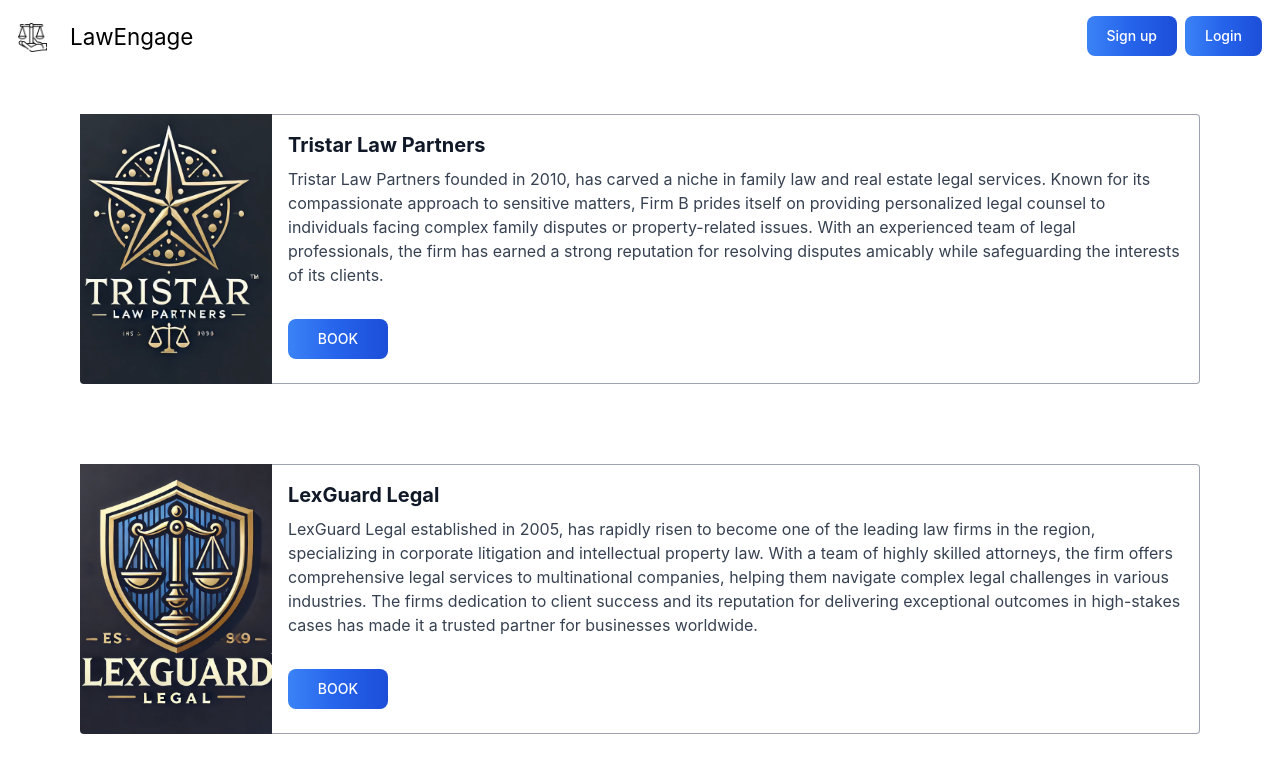
Repository: khushijain8/Lawyer-appointment-application
Page: /book (app in frontend/)
The author's editor kept a copy of each file at every save. The page is drawn from the files as they stood at one save, then again after the next save.
The browser window is 1280 px wide. The pictures show the whole page.
The project was rebuilt for these pictures with package versions that can differ from the ones it lists, and the page was loaded fresh each time. Also part of the build but not shown: frontend/src/App.css, frontend/src/components/Signup/Signup.css, frontend/src/components/Signup/Signup.jsx, frontend/src/components/Login/Login.css, frontend/src/components/Login/Login.jsx, frontend/src/components/LawyerHistoryContainer/LawyerHistoryContainer.css, frontend/src/components/LawyerHistoryContainer/LawyerHistoryContainer.jsx, frontend/src/components/Admin/Admin.jsx and 5 more.

Above is the page before, as saved 2025-01-26 19:22:34.

### frontend/src/index.js
import React from 'react';
import ReactDOM from 'react-dom/client';
import './index.css';
import App from './App';
import reportWebVitals from './reportWebVitals';
import {BrowserRouter} from 'react-router-dom';
import {Provider} from 'react-redux';
import {store} from './redux/store';
const root = ReactDOM.createRoot(document.getElementById('root'));
root.render(
  <React.StrictMode>
    <Provider store={store}>
     <BrowserRouter>
      <App />
    </BrowserRouter>
    </Provider>
  </React.StrictMode>
);

// If you want to start measuring performance in your app, pass a function
// to log results (for example: reportWebVitals(console.log))
// or send to an analytics endpoint. Learn more: https://bit.ly/CRA-vitals
reportWebVitals();

### frontend/src/App.js
import './App.css';

import {Route,Routes} from 'react-router-dom';
import Signup from './components/Signup/Signup';
import {Login} from './components/Login/Login';
import Navbar from './components/Navbar/Navbar';
import Book from './components/Book/Book';
import Admin from './components/Admin/Admin';
import FrontPage from './components/FrontPage/FrontPage';
import Firm from './components/Firms/Firm';
import LawyerHistoryContainer from './components/LawyerHistoryContainer/LawyerHistoryContainer';

function App() {
  return (
    <>
      <Navbar></Navbar>
      <Routes>
        <Route path='/signup' element={<Signup/>}/>
        <Route path='/login' element={<Login/>}/>
        <Route path='/book' element={<Book/>}/>
        <Route path='/' element={<FrontPage/>}/>
        <Route path='/admin' element={<Admin/>}/>
        <Route path='/firm' element={<Firm/>}/>
        <Route path='/admin/firm' element={<LawyerHistoryContainer/>}/>
      </Routes>

    </>
  );
}

export default App;

### frontend/src/redux/store.js
import {configureStore} from '@reduxjs/toolkit'
import LawyerReducer from './Lawyer/lawyerSlice'

export const store=configureStore({
    reducer:{
        lawyer:LawyerReducer
    },
})

### frontend/src/components/Navbar/Navbar.jsx
import React from 'react'
import lawlogo from '../../assets/law.png';
import './Navbar.css';
import {useNavigate} from 'react-router-dom';
function Navbar() {
    const navigate=useNavigate()
  return (
    <>
        <div className='navbar flex-col sm:flex-row '>
            <div className="left-nav">
                <img className = "logo px-2 py-2" src={lawlogo} alt="logo"></img>
                <span className="heading">LawEngage</span>
            </div>
            <div className='right-nav flex justify-center items-center md:order-2'>
                <button class="text-white bg-gradient-to-r from-blue-500 via-blue-600 to-blue-700 hover:bg-gradient-to-br focus:ring-4 focus:outline-none focus:ring-blue-300 dark:focus:ring-blue-800 font-medium rounded-lg text-sm px-5 py-2.5 text-center me-2 mb-2"onClick={()=>navigate('/signup')}>Sign up</button>
                <button class="text-white bg-gradient-to-r from-blue-500 via-blue-600 to-blue-700 hover:bg-gradient-to-br focus:ring-4 focus:outline-none focus:ring-blue-300 dark:focus:ring-blue-800 font-medium rounded-lg text-sm px-5 py-2.5 text-center me-2 mb-2" onClick={()=>navigate('/login')}>Login</button>
            </div>
        </div>

    </>
  )
}

export default Navbar

### frontend/src/components/Book/Book.jsx
import React from 'react'
import { useNavigate } from 'react-router-dom'
import { useDispatch } from 'react-redux';
import { setFirm } from '../../redux/Lawyer/lawyerSlice';
import lexguard from '../../assets/lexguard.png';
import tristar from '../../assets/tristar.png';
import './Book.css';
function Book() {
  const navigate=useNavigate();
  const dispatch=useDispatch();
  const handleClick=(firm)=>{
    dispatch(setFirm(firm));
    navigate('/firm');
  }
  return (
    <>
    <div className='root-div mx-10 ' >
      <div className="w-full lg:max-w-full lg:flex p-10">
        <div className="h-48 lg:h-auto lg:w-48 flex-none bg-cover rounded-t lg:rounded-t-none lg:rounded-l text-center overflow-hidden" style={{ backgroundImage: `url(${tristar})`, backgroundSize: 'cover', backgroundPosition: 'center' }}>
        </div>
        <div className="border-r border-b border-l border-gray-400 lg:border-l-0 lg:border-t lg:border-gray-400 bg-white rounded-b lg:rounded-b-none lg:rounded-r p-4 flex flex-col justify-between leading-normal">
          <div className="mb-8">
            <div className="text-gray-900 font-bold text-xl mb-2">Tristar Law Partners</div>
            <p className="text-gray-700 text-base"> Tristar Law Partners founded in 2010, has carved a niche in family law and real estate legal services. Known for its compassionate approach to sensitive matters, Firm B prides itself on providing personalized legal counsel to individuals facing complex family disputes or property-related issues. With an experienced team of legal professionals, the firm has earned a strong reputation for resolving disputes amicably while safeguarding the interests of its clients.</p>
          </div>
          <button className="book-but text-white bg-gradient-to-r from-blue-500 via-blue-600 to-blue-700 hover:bg-gradient-to-br focus:ring-4 focus:outline-none focus:ring-blue-300 dark:focus:ring-blue-800 font-medium rounded-lg text-sm px-5 py-2.5 text-center me-2 mb-2" onClick={()=>handleClick('firm1')}>BOOK</button>
        </div>
      </div>

      <div className=" w-full lg:max-w-full lg:flex p-10">
        <div className="h-48 lg:h-auto lg:w-48 flex-none bg-cover rounded-t lg:rounded-t-none lg:rounded-l text-center overflow-hidden" style={{ backgroundImage: `url(${lexguard})`, backgroundSize: 'cover', backgroundPosition: 'center' }}>
        </div>
        <div className="border-r border-b border-l border-gray-400 lg:border-l-0 lg:border-t lg:border-gray-400 bg-white rounded-b lg:rounded-b-none lg:rounded-r p-4 flex flex-col justify-between leading-normal">
          <div className="mb-8">

            <div className="text-gray-900 font-bold text-xl mb-2">LexGuard Legal</div>
            <p className="text-gray-700 text-base">LexGuard Legal established in 2005, has rapidly risen to become one of the leading law firms in the region, specializing in corporate litigation and intellectual property law. With a team of highly skilled attorneys, the firm offers comprehensive legal services to multinational companies, helping them navigate complex legal challenges in various industries. The firms dedication to client success and its reputation for delivering exceptional outcomes in high-stakes cases has made it a trusted partner for businesses worldwide.</p>
          </div>
            <button className="book-but text-white bg-gradient-to-r from-blue-500 via-blue-600 to-blue-700 hover:bg-gradient-to-br focus:ring-4 focus:outline-none focus:ring-blue-300 dark:focus:ring-blue-800 font-medium rounded-lg text-sm px-5 py-2.5 text-center me-2 mb-2" onClick={()=>handleClick('firm2')}>BOOK</button>

        </div>

      </div>
    </div>
    </>
  )
}

export default Book

### frontend/src/redux/Lawyer/lawyerSlice.js
import { createAsyncThunk,createSlice} from "@reduxjs/toolkit"
import axios from 'axios';
const initialState={
    loading:false,
    lawyers:[],
    error:'',
    selectedSlot: {
        lawyerId: null,
        slotIndex: null,
    },
    firm:null,
}

export const fetchLawyers=createAsyncThunk('Lawyer/fetchLawyers',async (_, { getState })=>{
    const { firm } = getState().lawyer;
    return axios
    .get(`http://localhost:8080/lawyers/${firm}`)
        .then((response) => {
            console.log("API Response:", response.data);
            return response.data;
        })
        .catch((error) => {
            console.log("API Error:", error);
            throw error;
        });
})

export const bookSlot = createAsyncThunk("Lawyer/bookSlot", async (_, { getState, rejectWithValue }) => {
    const { firm } = getState().lawyer;
    const {selectedSlot}=getState().lawyer;
    const {lawyerId,slotIndex}=selectedSlot;
    if (!lawyerId || slotIndex === null) {
        return rejectWithValue("Invalid slot or lawyerId");
    }
    try {
      const response = await axios.post(`http://localhost:8080/bookSlot/${firm}`, {
        lawyerId,
        slotIndex,
      });

      console.log("Slot booked successfully:", response.data);
      return { lawyerId, slotIndex };
    } catch (error) {
        console.log(lawyerId,slotIndex);
        console.error("Failed to book slot:", error);
        return rejectWithValue(error.response?.data || "Booking failed");
      }
    }
  );



const lawyerSlice=createSlice({
    name:'lawyer',
    initialState,
    reducers: {
        selectSlot:(state,action)=>{
          state.selectedSlot = action.payload;
        },
        setFirm: (state, action) => {
            state.firm = action.payload;
        }
      },

    extraReducers:builder=>{
        builder.addCase(fetchLawyers.pending,state=>{
            state.loading=true
            console.log("Fetch lawyers faileda");
        })
        builder.addCase(fetchLawyers.fulfilled,(state,action)=>{
            state.loading=false
            state.lawyers=action.payload
            state.error=''
            console.log("Fetch lawyers failedb");
        })
        builder.addCase(fetchLawyers.rejected,(state,action)=>{
            state.loading=false
            state.error=action.error.message
            state.lawyers=[]
            console.log("Fetch lawyers failedc");
        })
        builder.addCase(bookSlot.pending,state=>{
            state.loading=true
            console.log("Fetch lawyers faileda");
        })
        builder.addCase(bookSlot.fulfilled,(state,action)=>{
            state.loading=false
            const {lawyerId,slotIndex}=action.payload;
            const lawyer=state.lawyers.find((l) => l._id === lawyerId);
            if (lawyer) {
              lawyer.availability[slotIndex].isAvailable=false;
            }
        })
        builder.addCase(bookSlot.rejected,(state,action)=>{
            state.loading=false
            state.error=action.error.message
            state.lawyers=[]
            console.log("Fetch lawyers failedc");
        })
    },

})
export const { selectSlot ,setFirm} = lawyerSlice.actions;
export default lawyerSlice.reducer;

### frontend/src/components/Navbar/Navbar.css
.logo{
    width:45px;
    height:45px;
}
.navbar{
    margin:10px;
    display:flex;
    justify-content : space-between;
}
.left-nav{
    display: flex;
    justify-content: start;
    gap:15px;
    align-items:center; /* for heading (lawengage to be at the center of the logo)*/
}

.right-nav{
    margin-top:6px;
}
.heading{
    font-size: 1.4rem;
    font-weight: normal;
}

### frontend/src/components/Book/Book.css
.book-but{
    width:100px;
}

Loaded but not shown: frontend/public/index.html (common file); frontend/src/index.css (common file); frontend/src/reportWebVitals.js (common file); frontend/tailwind.config.js (common file)

After the next save:
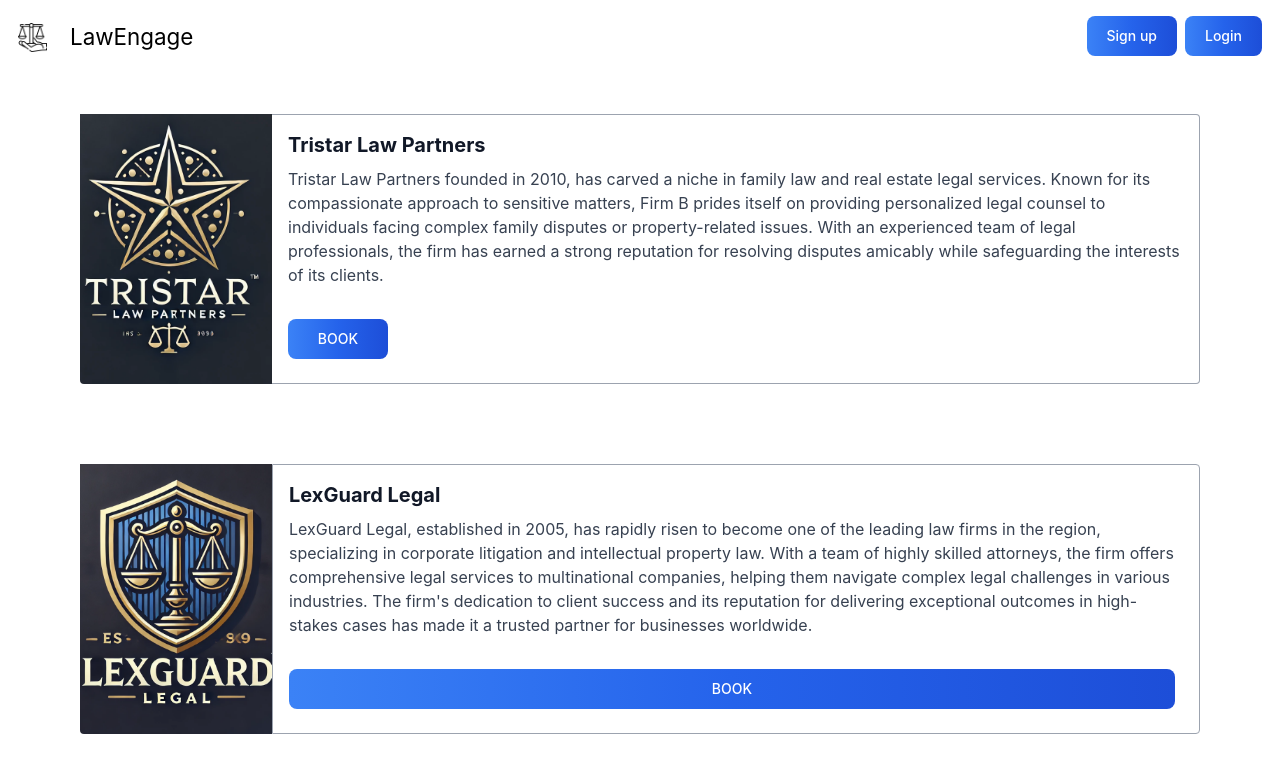
Saved 96 s later.
--- a/frontend/src/components/Book/Book.jsx
+++ b/frontend/src/components/Book/Book.jsx
@@ -27,20 +27,30 @@
         </div>
       </div>
 
-      <div className=" w-full lg:max-w-full lg:flex p-10">
-        <div className="h-48 lg:h-auto lg:w-48 flex-none bg-cover rounded-t lg:rounded-t-none lg:rounded-l text-center overflow-hidden" style={{ backgroundImage: `url(${lexguard})`, backgroundSize: 'cover', backgroundPosition: 'center' }}>
-        </div>
-        <div className="border-r border-b border-l border-gray-400 lg:border-l-0 lg:border-t lg:border-gray-400 bg-white rounded-b lg:rounded-b-none lg:rounded-r p-4 flex flex-col justify-between leading-normal">
-          <div className="mb-8">
-
-            <div className="text-gray-900 font-bold text-xl mb-2">LexGuard Legal</div>
-            <p className="text-gray-700 text-base">LexGuard Legal established in 2005, has rapidly risen to become one of the leading law firms in the region, specializing in corporate litigation and intellectual property law. With a team of highly skilled attorneys, the firm offers comprehensive legal services to multinational companies, helping them navigate complex legal challenges in various industries. The firms dedication to client success and its reputation for delivering exceptional outcomes in high-stakes cases has made it a trusted partner for businesses worldwide.</p>
-          </div>
-            <button className="book-but text-white bg-gradient-to-r from-blue-500 via-blue-600 to-blue-700 hover:bg-gradient-to-br focus:ring-4 focus:outline-none focus:ring-blue-300 dark:focus:ring-blue-800 font-medium rounded-lg text-sm px-5 py-2.5 text-center me-2 mb-2" onClick={()=>handleClick('firm2')}>BOOK</button>
-
-        </div>
-
-      </div>
+      <div className="w-full flex flex-col lg:flex-row p-6 lg:p-10">
+  <div
+    className="h-48 lg:h-auto lg:w-48 flex-none bg-cover rounded-t lg:rounded-t-none lg:rounded-l text-center overflow-hidden"
+    style={{
+      backgroundImage: `url(${lexguard})`,
+      backgroundSize: 'cover',
+      backgroundPosition: 'center',
+    }}
+  ></div>
+  <div className="border border-gray-400 bg-white rounded-b lg:rounded-b-none lg:rounded-r p-4 flex flex-col justify-between leading-normal">
+    <div className="mb-8">
+      <div className="text-gray-900 font-bold text-xl mb-2">LexGuard Legal</div>
+      <p className="text-gray-700 text-base">
+        LexGuard Legal, established in 2005, has rapidly risen to become one of the leading law firms in the region, specializing in corporate litigation and intellectual property law. With a team of highly skilled attorneys, the firm offers comprehensive legal services to multinational companies, helping them navigate complex legal challenges in various industries. The firm's dedication to client success and its reputation for delivering exceptional outcomes in high-stakes cases has made it a trusted partner for businesses worldwide.
+      </p>
+    </div>
+    <button
+      className="text-white bg-gradient-to-r from-blue-500 via-blue-600 to-blue-700 hover:bg-gradient-to-br focus:ring-4 focus:outline-none focus:ring-blue-300 dark:focus:ring-blue-800 font-medium rounded-lg text-sm px-5 py-2.5 text-center me-2 mb-2"
+      onClick={() => handleClick('firm2')}
+    >
+      BOOK
+    </button>
+  </div>
+</div>
     </div>
     </>
   )

After the save that followed:
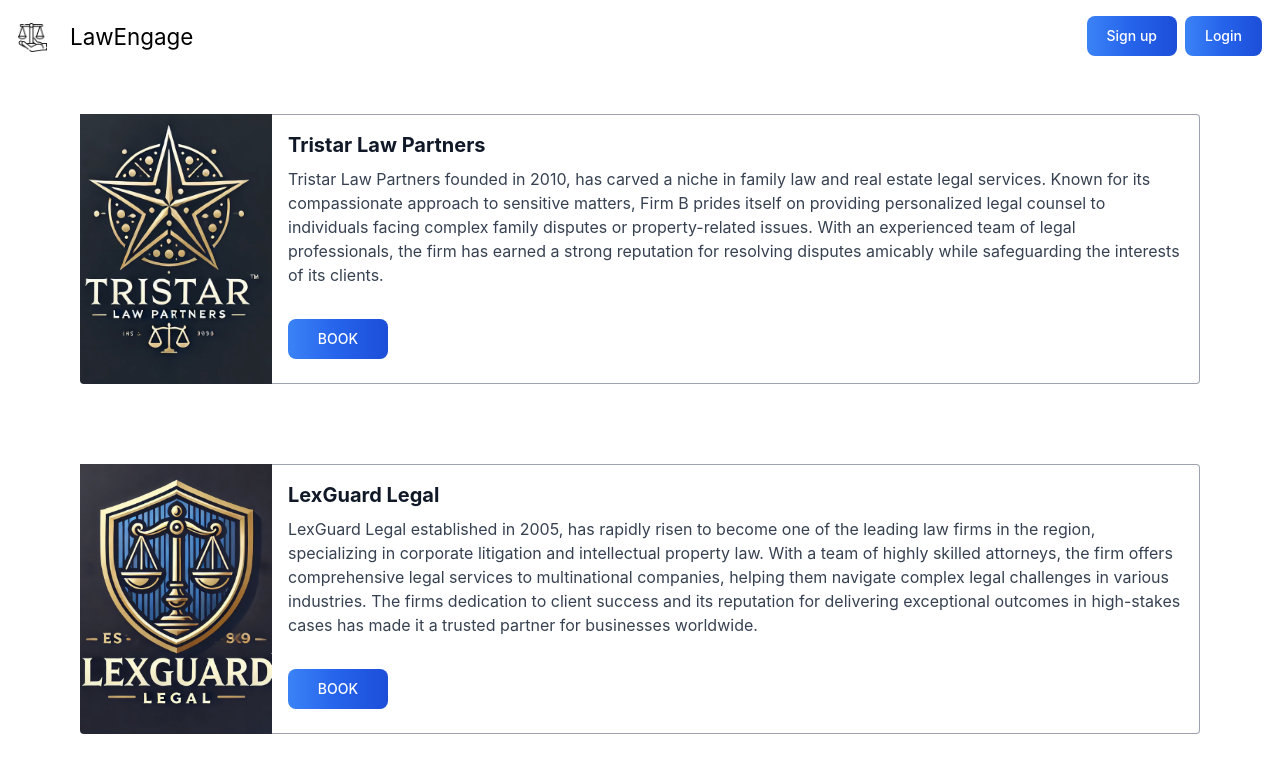
Saved 27 s later.
--- a/frontend/src/components/Book/Book.jsx
+++ b/frontend/src/components/Book/Book.jsx
@@ -27,30 +27,20 @@
         </div>
       </div>
 
-      <div className="w-full flex flex-col lg:flex-row p-6 lg:p-10">
-  <div
-    className="h-48 lg:h-auto lg:w-48 flex-none bg-cover rounded-t lg:rounded-t-none lg:rounded-l text-center overflow-hidden"
-    style={{
-      backgroundImage: `url(${lexguard})`,
-      backgroundSize: 'cover',
-      backgroundPosition: 'center',
-    }}
-  ></div>
-  <div className="border border-gray-400 bg-white rounded-b lg:rounded-b-none lg:rounded-r p-4 flex flex-col justify-between leading-normal">
-    <div className="mb-8">
-      <div className="text-gray-900 font-bold text-xl mb-2">LexGuard Legal</div>
-      <p className="text-gray-700 text-base">
-        LexGuard Legal, established in 2005, has rapidly risen to become one of the leading law firms in the region, specializing in corporate litigation and intellectual property law. With a team of highly skilled attorneys, the firm offers comprehensive legal services to multinational companies, helping them navigate complex legal challenges in various industries. The firm's dedication to client success and its reputation for delivering exceptional outcomes in high-stakes cases has made it a trusted partner for businesses worldwide.
-      </p>
-    </div>
-    <button
-      className="text-white bg-gradient-to-r from-blue-500 via-blue-600 to-blue-700 hover:bg-gradient-to-br focus:ring-4 focus:outline-none focus:ring-blue-300 dark:focus:ring-blue-800 font-medium rounded-lg text-sm px-5 py-2.5 text-center me-2 mb-2"
-      onClick={() => handleClick('firm2')}
-    >
-      BOOK
-    </button>
-  </div>
-</div>
+      <div className="w-full lg:max-w-full lg:flex p-10">
+        <div className="h-48 lg:h-auto lg:w-48 flex-none bg-cover rounded-t lg:rounded-t-none lg:rounded-l text-center overflow-hidden" style={{ backgroundImage: `url(${lexguard})`, backgroundSize: 'cover', backgroundPosition: 'center' }}>
+        </div>
+        <div className="border-r border-b border-l border-gray-400 lg:border-l-0 lg:border-t lg:border-gray-400 bg-white rounded-b lg:rounded-b-none lg:rounded-r p-4 flex flex-col justify-between leading-normal">
+          <div className="mb-8">
+
+            <div className="text-gray-900 font-bold text-xl mb-2">LexGuard Legal</div>
+            <p className="text-gray-700 text-base">LexGuard Legal established in 2005, has rapidly risen to become one of the leading law firms in the region, specializing in corporate litigation and intellectual property law. With a team of highly skilled attorneys, the firm offers comprehensive legal services to multinational companies, helping them navigate complex legal challenges in various industries. The firms dedication to client success and its reputation for delivering exceptional outcomes in high-stakes cases has made it a trusted partner for businesses worldwide.</p>
+          </div>
+            <button className="book-but text-white bg-gradient-to-r from-blue-500 via-blue-600 to-blue-700 hover:bg-gradient-to-br focus:ring-4 focus:outline-none focus:ring-blue-300 dark:focus:ring-blue-800 font-medium rounded-lg text-sm px-5 py-2.5 text-center me-2 mb-2" onClick={()=>handleClick('firm2')}>BOOK</button>
+
+        </div>
+
+      </div>
     </div>
     </>
   )
